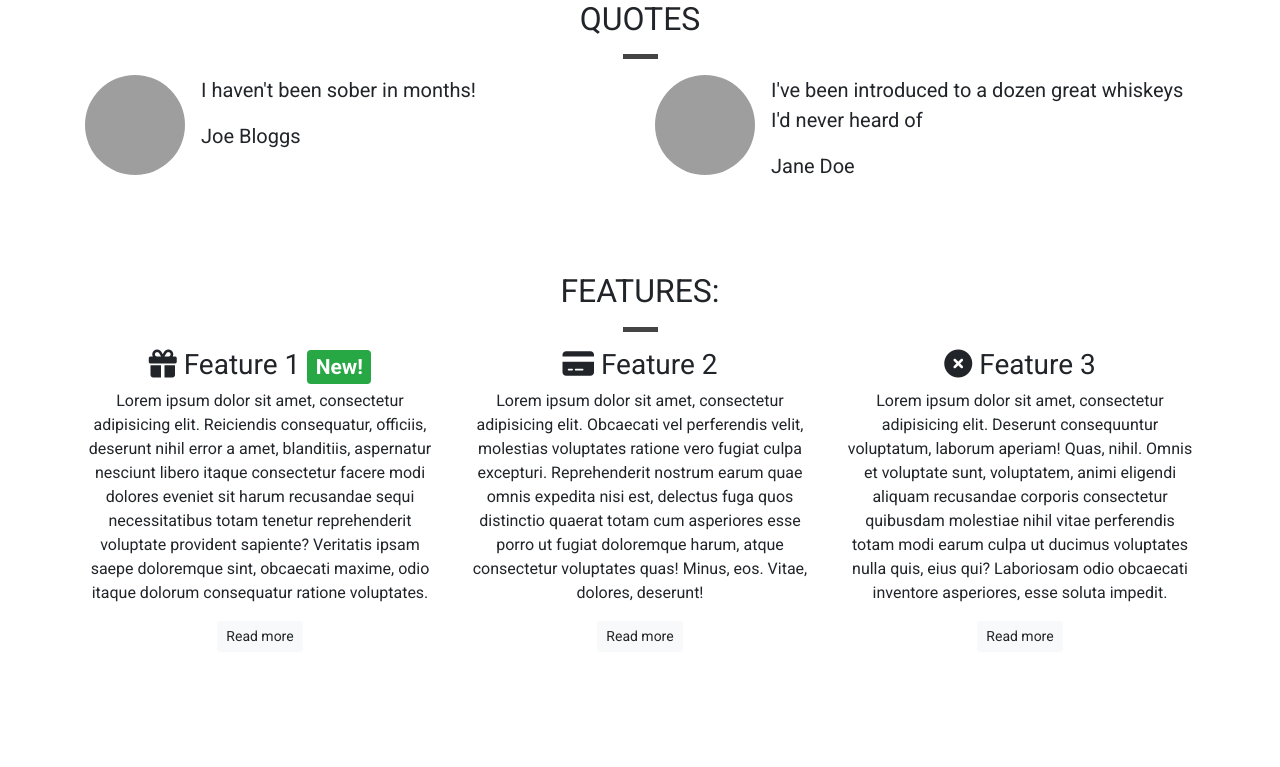
Repository: Matt-F90/Intro-to-bootstrap
Page: index.html
The author's editor kept a record of every edit. The page is drawn from the files as they stood at one moment, then again after the next edit.
The browser window is 1280 px wide. The pictures show the part of the page from y = 720 to 1637 px (the page is 1487 px tall before and 1637 px after).
Pictures or frames that could not be fetched are drawn as grey boxes. Backgrounds fixed to the window are drawn as part of the page. Some web libraries are served in a nearby version.

Above is the page before.
Console error: TypeError: Cannot read properties of undefined (reading 'fn')

### index.html
<!DOCTYPE html>
<html lang="en">

<head>
    <meta charset="UTF-8">
    <meta name="viewport" content="width=device-width, initial-scale=1.0">
    <meta http-equiv="X-UA-Compatible" content="ie=edge">
    <title>Whiskey Drop | Taste a new whiskey every month</title>
    <link rel="stylesheet" href="https://stackpath.bootstrapcdn.com/bootstrap/4.1.3/css/bootstrap.min.css" integrity="sha384-MCw98/SFnGE8fJT3GXwEOngsV7Zt27NXFoaoApmYm81iuXoPkFOJwJ8ERdknLPMO" crossorigin="anonymous">
    <script src="https://stackpath.bootstrapcdn.com/bootstrap/4.1.3/js/bootstrap.min.js" integrity="sha384-ChfqqxuZUCnJSK3+MXmPNIyE6ZbWh2IMqE241rYiqJxyMiZ6OW/JmZQ5stwEULTy" crossorigin="anonymous"></script>
    <script src="https://kit.fontawesome.com/f919e2be21.js" crossorigin="anonymous"></script>
    <link href="https://fonts.googleapis.com/css?family=Roboto:400,700&display=swap" rel="stylesheet">
    <link rel="stylesheet" href="css/style.css" type="text/css">

    <body>
        <div class="container-fluid navalert-container">
            <div class="container-fluid alert-container">
                <div class="row d-none d-sm-block">
                    <div class="col-12">
                        <div class="site-wide-alert alert alert-warning">
                            <strong>Sale now on!</strong> We've got a deal on! Get a 12 month subcription for the price of 6! <a href "/">See here for more details!</a>
                        </div>
                    </div>
                </div>
            </div>
            <nav class="navbar navbar-dark navbar-expand-sm">
                <a href="/" class="navbar-brand">Whiskey Drop</a>

                <button class="navbar-toggler ml-auto" type="button" data-toggle="collapse" data-target="#navbarNavDropdown" aria-controls="navbarNavDropdown" aria-expanded="false" aria-label="Toggle navigation">
        <span class="navbar-toggler-icon"></span></button>

                <div class="collapse navbar-collapse" id="navbarNavDropdown">

                    <ul class="navbar-nav mr-auto">
                        <li class="active nav-item mr-2"><a class="nav-link" href="/">Home</a></li>
                        <li class="nav-item mr-2"><a class="nav-link" href="/about">About</a></li>
                        <li class "nav-item dropdown">
                            <a class="nav-link dropdown-toggle" href="#" id="navbarDropdownMenuLink" role="button" data-toggle="dropdown" aria-haspopup="true" aria-expanded="false">
          Whiskeys</a>
                            <div class="dropdown-menu" aria-labelledby="navbarDropdownMenuLink">
                                <a class="dropdown-item" href="#">Irish</a>
                                <a class="dropdown-item" href="#">Scotch</a>
                                <a class="dropdown-item" href="#">Japanese</a>
                                <a class="dropdown-item" href="#">American</a>
                            </div>
                        </li>
                        <li class="nav-item mr-2 d-block d-sm-none"><a class="nav-link" href="/login">Sign Up / Sign In</a></li>
                    </ul>
                </div>
                <div class="d-none d-md-block">
                    <p class="navbar-text my-auto mr-2"><i>Great whiskey delivered to your door!</i></p>
                    <a href="/login" class="btn btn-cta btn-red">Sign Up / Sign In</a>
                </div>
            </nav>
        </div>

        <div class="container-fluid callout-container">
            <div class="opaque-overlay"> </div>
            <div class="row">
                <div class="col-12">
                    <section class="callout jumbotron text-center">
                        <h1 class="jumbotron-header">The finest whiskeys delivered to your doorstep</h1>
                        <hr class="block-divider">
                        <p class="lead">Sign up today to start recieving the world's greatest whiskeys.
                            <s class="d-none d-sm-inline">£19.99</s>
                            <span class="d-inline d-sm-none"><br></span>
                            <strong><mark>First one is free!</mark></strong></p>
                        <button class="btn btn-lg btn-cta btn-red" data-toggle="modal" data-target="#signUpModal">Sign up!</button>
                        <p class="text-muted"><small>You must be over 18 to sign up for our service. Please, drink responsibly</small></p>
                    </section>
                </div>
            </div>
        </div>




        <div class="container  quotes-container">
            <section class="quotes">
                <div class="row">
                    <div class="col-12 page-header">
                        <h2 class="text-uppercase">Quotes</h2>
                        <hr class="block-divider block-divider-short">
                    </div>
                </div>
                <div class="row">
                    <div class="col-12 col-md-6">
                        <div class="media">
                            <div class="d-none d-sm-block">
                                <img src="images/guy-image.png" class="rounded-circle mr-3" height=100 width=100>
                            </div>
                            <div class="media-body">
                                <blockquote class="blockquote">
                                    <p>I haven't been sober in months!</p>
                                    <p>Joe Bloggs</p>
                                </blockquote>
                            </div>
                        </div>
                    </div>
                    <div class="col-12 col-md-6">
                        <div class="media">
                            <div class="d-none d-sm-block">
                                <img src="images/girl-image.png" class="rounded-circle mr-3" height=100 width=100>
                            </div>
                            <div class="media-body">
                                <blockquote class="blockquote">
                                    <p>I've been introduced to a dozen great whiskeys I'd never heard of</p>
                                    <p>Jane Doe</p>
                                </blockquote>
                            </div>
                        </div>
                    </div>
                </div>
            </section>
        </div>

        <div class="container features-container content-container">
            <section class="features">
                <div class="row">
                    <div class="col-12 page-header">
                        <h2 class="text-uppercase">Features:</h2>
                        <hr class="block-divider block-divider-short">
                    </div>
                </div>
                <div class="row">
                    <div class="col-12 col-md-6 col-lg-4">
                        <div class="feature">
                            <h3><i class="fas fa-gift d-none d-sm-inline"></i> Feature 1 <span class="badge badge-success d-none d-sm-inline">New!</span></h3>
                            <p>Lorem ipsum dolor sit amet, consectetur adipisicing elit. Reiciendis consequatur, officiis, deserunt nihil error a amet, blanditiis, aspernatur nesciunt libero itaque consectetur facere modi dolores eveniet sit harum recusandae
                                sequi necessitatibus totam tenetur reprehenderit voluptate provident sapiente? Veritatis ipsam saepe doloremque sint, obcaecati maxime, odio itaque dolorum consequatur ratione voluptates.</ipsum50>
                            </p>
                            <p><a class="btn btn-sm btn-light">Read more</a></p>
                        </div>
                    </div>
                    <div class="col-12 col-md-6 col-lg-4">
                        <div class="feature">
                            <h3><i class="fas fa-credit-card d-none d-sm-inline"></i> Feature 2 </h3>
                            <p>Lorem ipsum dolor sit amet, consectetur adipisicing elit. Obcaecati vel perferendis velit, molestias voluptates ratione vero fugiat culpa excepturi. Reprehenderit nostrum earum quae omnis expedita nisi est, delectus fuga quos
                                distinctio quaerat totam cum asperiores esse porro ut fugiat doloremque harum, atque consectetur voluptates quas! Minus, eos. Vitae, dolores, deserunt!</p>
                            <p><a class="btn btn-sm btn-light">Read more</a></p>
                        </div>
                    </div>
                    <div class="col-12 d-md-none d-lg-block col-lg-4">
                        <div class="feature">
                            <h3><i class="fas fa-times-circle d-none d-sm-inline">
                                </i> Feature 3</h3>
                            <p>Lorem ipsum dolor sit amet, consectetur adipisicing elit. Deserunt consequuntur voluptatum, laborum aperiam! Quas, nihil. Omnis et voluptate sunt, voluptatem, animi eligendi aliquam recusandae corporis consectetur quibusdam
                                molestiae nihil vitae perferendis totam modi earum culpa ut ducimus voluptates nulla quis, eius qui? Laboriosam odio obcaecati inventore asperiores, esse soluta impedit.</p>
                            <p><a class="btn btn-sm btn-light">Read more</a></p>
                        </div>
                    </div>
                </div>
            </section>
        </div>


        <div class="modal" tabindex="-1" role="dialog" id="signUpModal">
            <div class="modal-dialog" role="document">
                <div class="modal-content">
                    <div class="modal-header">
                        <h5 class="modal-title">Sign Up To Whiskey Drop</h5>
                        <button type="button" class="close" data-dismiss="modal" aria-label="Close">
          <span aria-hidden="true">&times;</span>
        </button>
                    </div>
                    <div class="modal-body">

                        <form>
                            <div class="form-group">
                                <label for="exampleInputEmail1">Email address</label>
                                <input type="email" class="form-control" id="exampleInputEmail1" aria-describedby="emailHelp" placeholder="Enter email">
                                <small id="emailHelp" class="form-text text-muted">We'll never share your email with anyone else.</small>
                            </div>
                            <div class="form-group">
                                <label for="password">Password</label>
                                <input type="password" class="form-control" id="password" placeholder="Password">
                            </div>
                            <div class="form-group">
                                <label for="repeatpassword">Repeat Password</label>
                                <input type="password" class="form-control" id="exampleInputPassword1" placeholder="Password">
                            </div>
                            <button type="submit" class="btn btn-success">Submit</button>
                        </form>

                    </div>
                </div>
            </div>
        </div>

        <script src="https://code.jquery.com/jquery-3.3.1.slim.min.js" integrity="sha384-q8i/X+965DzO0rT7abK41JStQIAqVgRVzpbzo5smXKp4YfRvH+8abtTE1Pi6jizo" crossorigin="anonymous"></script>
        <script src="https://cdnjs.cloudflare.com/ajax/libs/popper.js/1.14.3/umd/popper.min.js" integrity="sha384-ZMP7rVo3mIykV+2+9J3UJ46jBk0WLaUAdn689aCwoqbBJiSnjAK/l8WvCWPIPm49" crossorigin="anonymous"></script>
        <script src="https://stackpath.bootstrapcdn.com/bootstrap/4.1.3/js/bootstrap.min.js" integrity="sha384-ChfqqxuZUCnJSK3+MXmPNIyE6ZbWh2IMqE241rYiqJxyMiZ6OW/JmZQ5stwEULTy" crossorigin="anonymous"></script>
    </body>

</html>

### css/style.css
body {
  font-family: 'Roboto', sans-serif;
}

.container-wrapper {

}

.container-wrapper-red {
  background-color: red;
  color:white;
}


.alert-container .col-12 {
    padding-left: 0;
    padding-right: 0;
}

.site-wide-alert {
    color: #544600;
    background-color: #eec802;
    border-color: #eec802;
    padding: 5px 15px;
    margin-bottom: 0;
    border: 1px solid transparent;
    border-radius: 0;
}

.callout-container{
  height: 100vh;

  background: url(https://image.shutterstock.com/image-photo/bottle-glass-whiskey-on-wooden-260nw-304241285.jpg) no-repeat bottom right fixed;
  -webkit-background-size: cover;
  -moz-background-size: cover;
  -o-background-size: cover;
  background-size: cover;

  display: flex;
  align-items: center;
  justify-content: center;

  position: relative;

}

.opaque-overlay {
  position: absolute;
  top: 0;
  left: 0;
  height: 100%;
  width: 100%;
  background-color: rgba(0,0,0,0.5);
}

.quotes-container{}

.features-container {}

.page-header {
  margin-top: 0;
  border-bottom: 0;
  text-align: center;
}

.page-header h2 {
 margin-top: 0;
}

.navalert-container {
  position: absolute;
  top: 0;
  left: 0;
  padding-left: 0;
  padding-right: 0;
  z-index: 1;
}

.navbar {
  margin-bottom: 0;
  border: 0;
  width: 100%;
  background-color: rgba(0,0,0,0.5);
}


.jumbotron {
  background-color: transparent;
}

.jumbotron h1 {
  color: white;
  font-weight: bold;
  margin-top: 90px;
}

.jumbotron .lead {
  color: antiquewhite;
  margin: 25px 0;
}

.block-divider {
    width: 75px;
    height: 5px;
    border: 0;
    background-color: #444
}

.block-divider-orange {
  background-color: orange
}

.block-divider-white {
  background-color: white;
}

.block-divider-short {
    width: 35px;
}

.content-container {
  padding-top: 75px;
  padding-bottom: 75px;
}

.btn-cta {
  font-weight: bold;
  border-radius: 23px;
  width: 160px;
}


.btn-red {
  color: white;
  background-color: red;
  border-color: red;

}

.feature .btn {
  color: red;
}


.btn-red:hover,
.btn-red:active,
.btn-red:focus,
.btn-red:focus:active {
  background-color:#960a0a;
  border-color:#960a0a;
  color: antiquewhite;
}

.feature {
  text-align: center;
  margin-bottom: 40px
}

After the next edit:
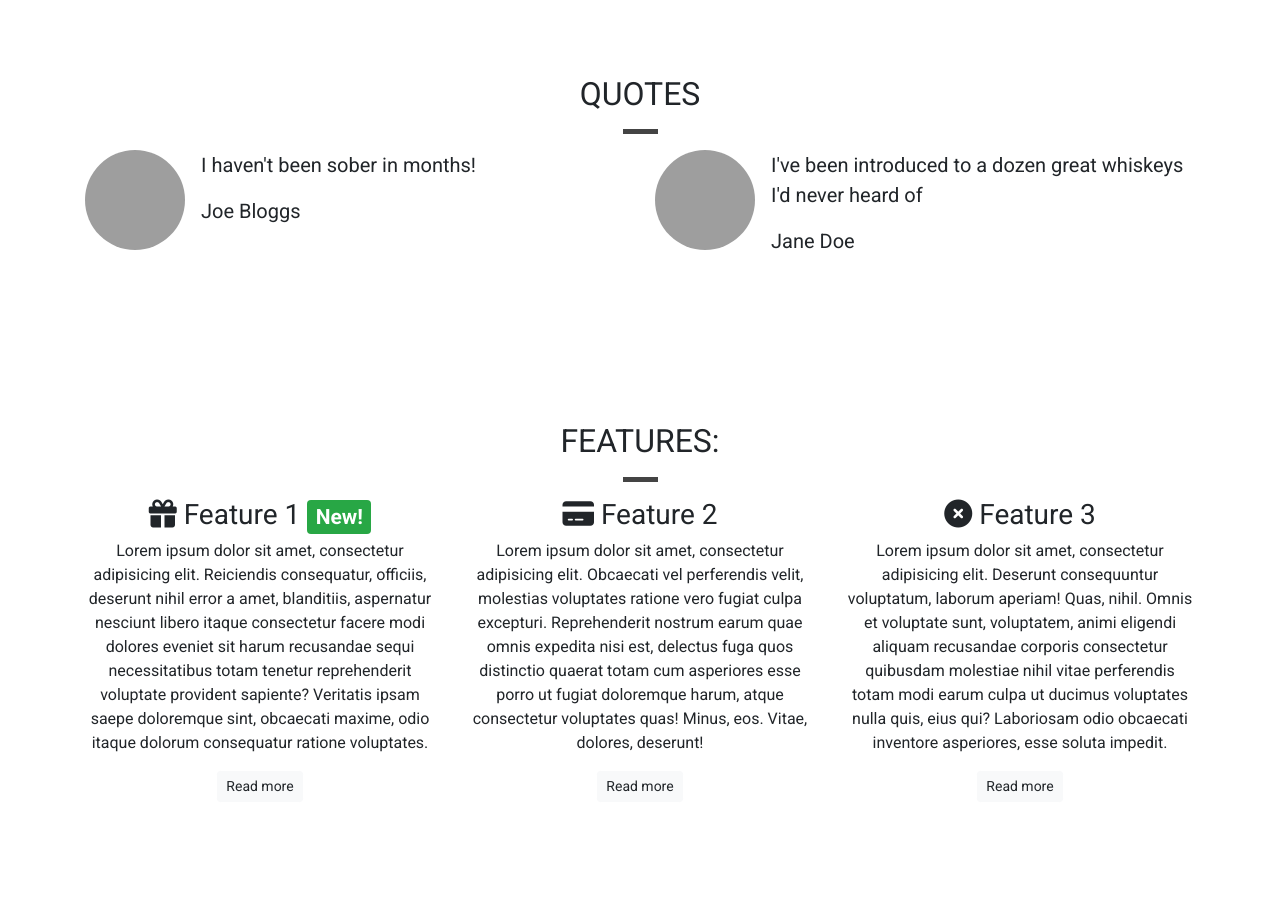
The edit:
--- a/index.html
+++ b/index.html
@@ -75,7 +75,7 @@
 
 
 
-        <div class="container  quotes-container">
+        <div class="container  quotes-container content-container">
             <section class="quotes">
                 <div class="row">
                     <div class="col-12 page-header">
